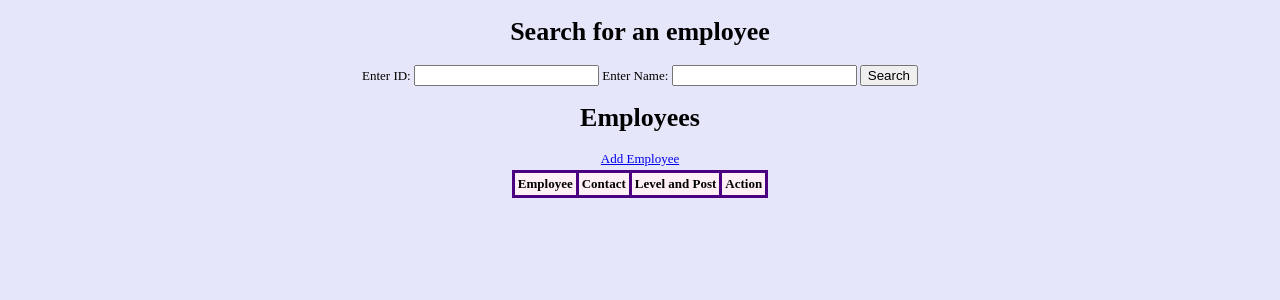
Repository: P9-Analyst-Java/employee-management-abhishekdatta12
Page: http://localhost/spring-expense-tracker/WEB-INF/views/home.jsp
These files come from the project's save history. The page is drawn as it stood at one moment and after the next save; the edit follows.
The browser window is 1280 px wide. The pictures show the whole page.
The page is served by Tomcat 9. Nobody is signed in. The template is opened directly, without the code that normally fills it, so the values that code supplies are empty.

Above is the page before, as saved 2023-02-21 05:22:32.

After the next save:
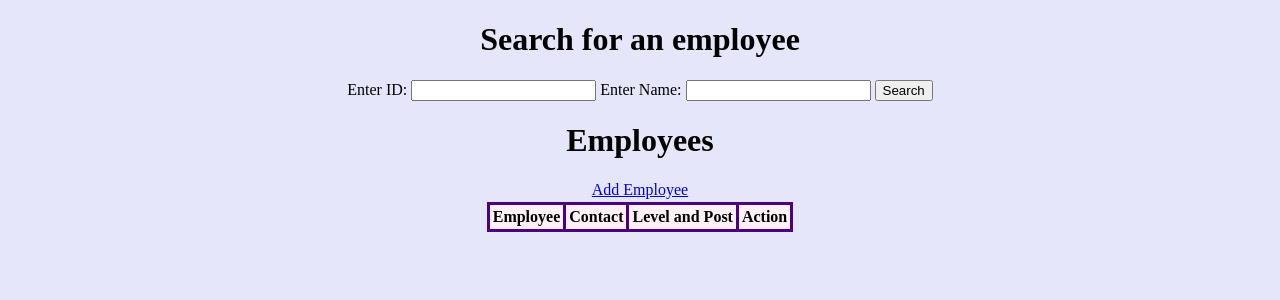
Saved 18 s later.
--- a/spring-portal/spring-expense-tracker/src/main/webapp/WEB-INF/views/home.jsp
+++ b/spring-portal/spring-expense-tracker/src/main/webapp/WEB-INF/views/home.jsp
@@ -8,7 +8,7 @@
 <head>
 <style type="text/css">
 body{
-	font-size: 13px;
+	font-size: 16px;
 	text-align: center;
 	background-color: lavender;
 }
